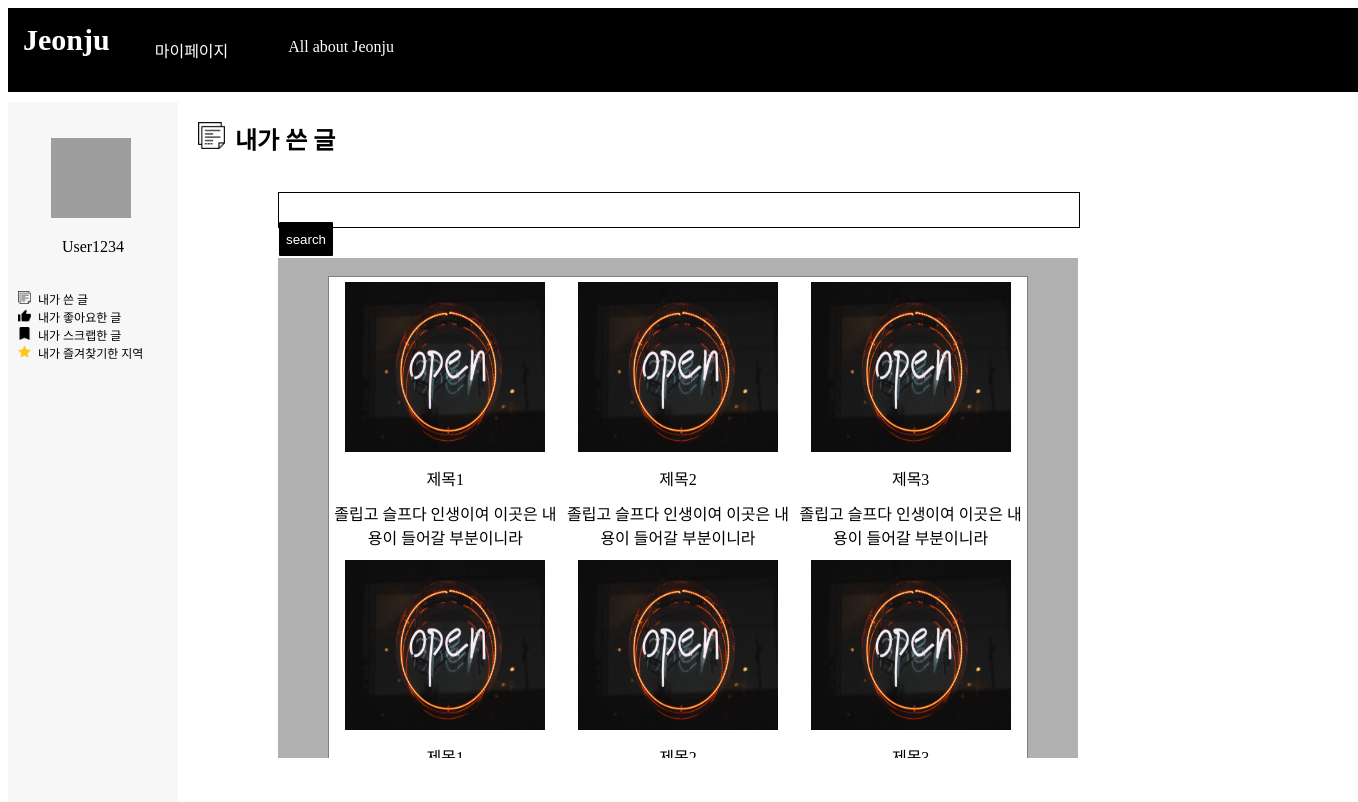
Repository: wka99/WEB-PROJECT
Page: http://localhost/Jeonju/UserPage.html
These files come from the project's save history. The page is drawn as it stood at one moment and after the next save; the edit follows.
The browser window is 1280 px wide. The page is 1358 px wide, so the pictures cover 1358 px, including what lies to the right of the window. The pictures show the whole page.
Pictures or frames that could not be fetched are drawn as grey boxes. An inner scrolling area shows only its first screen. Some web libraries are served in a nearby version. The page is served by Tomcat 9. Other server files are loaded and not shown.

Above is the page before, as saved 2018-12-03 08:15:23.

### Jeonju/WebContent/UserPage.html
<!DOCTYPE html>
<html>
<head>
<meta content="text/html" charset="EUC-KR">
<script src="https://code.jquery.com/jquery-3.2.1.min.js"></script>
<script>
$(document).ready(function(){
    $("#searchbutton").click(function(event){
    	var keyword=$(".searchtext").val();
    	alert(keyword);
    });
})
</script>
<title>전주 mypage</title>
<link rel="stylesheet" type="text/css" href="NewFile.css">
</head>
<body>
<div id="container">
	<ul class="menubar">
		<li class="h"><a class="title" href="##"><b>Jeonju</b></a></li>
		<li class="h"><a class="h" href="UserPage.html">마이페이지</a>
			<ul>
				<li><a href="UserPage.html">내가 쓴 글</a></li>
				<li><a href="UserPage2.html">내가 좋아요한 글</a></li>
				<li><a href="UserPage3.html">내가 스크랩한 글</a></li>
				<li><a href="UserPage4.html">내가 즐겨찾기한 글</a></li>
			</ul>
		</li>
		<li class="h"><a class="h" href="##">All about Jeonju</a></li>
	</ul>
    <nav>
    	<br><br>
    	<img id="userImg" src="user.png" width="80px" height="80px"></img>
    	<br><p align="center">User1234</p><br></a>
	<div class="menu">
    	<img id="usermenuimg" src="paper.png"></img>
    	<a href="UserPage.html"><span>&nbsp;내가 쓴 글</span><br></a>
    	<img id="usermenuimg" src="thumb-up-button.png"></img>
    	<a href="UserPage2.html"><span>&nbsp;내가 좋아요한 글</span><br></a>
    	<img id="usermenuimg" src="bookmark-ribbon.png"></img>
    	<a href="UserPage3.html"><span>&nbsp;내가 스크랩한 글</span><br></a>
    	<img id="usermenuimg" src="star.png"></img>
    	<a href="UserPage4.html"><span>&nbsp;내가 즐겨찾기한 지역</span></a>
	</div>
    </nav>
    <section>
    	<div class="title">
    		<img class="bigMenu" id="내가 쓴 글" src="paper.png" width="27px" height="27px"></img>
    		<b><font size="5">&nbsp;내가 쓴 글</font></b>
    	</div>
    	<br><br>

    	<div class="searchwindow">
    		<input type="text" class="searchtext" value=""/>
    		<button id="searchbutton" type="button" class="search">search</button>
    	</div>

    	<br><br>
    	<div class="myPost">
    	<br>
    	<table id="user-table">
    		<tbody>
    		<tr>
				<td><img src="ds.jpg" width="200px" height="170px"></td>
				<td><img src="ds.jpg" width="200px" height="170px"></td>
				<td><img src="ds.jpg" width="200px" height="170px"></td>
    		</tr>
    		<tr>
    			<td height="10px">제목1</td>
				<td height="10px">제목2</td>
				<td height="10px">제목3</td>
    		</tr>
    		<tr>
    			<td height="50px">졸립고 슬프다 인생이여 이곳은 내용이 들어갈 부분이니라</td>
				<td height="50px">졸립고 슬프다 인생이여 이곳은 내용이 들어갈 부분이니라</td>
				<td height="50px">졸립고 슬프다 인생이여 이곳은 내용이 들어갈 부분이니라</td>
    		</tr>
    		<tr>
				<td><img src="ds.jpg" width="200px" height="170px"></td>
				<td><img src="ds.jpg" width="200px" height="170px"></td>
				<td><img src="ds.jpg" width="200px" height="170px"></td>
    		</tr>
    		<tr>
    			<td height="10px">제목1</td>
				<td height="10px">제목2</td>
				<td height="10px">제목3</td>
    		</tr>
    		<tr>
    			<td height="50px">졸립고 슬프다 인생이여 이곳은 내용이 들어갈 부분이니라</td>
				<td height="50px">졸립고 슬프다 인생이여 이곳은 내용이 들어갈 부분이니라</td>
				<td height="50px">졸립고 슬프다 인생이여 이곳은 내용이 들어갈 부분이니라</td>
    		</tr>
    		</tbody>
    	</table>
    	</div>
    </section>
</div>
</body>
</html>

### Jeonju/WebContent/NewFile.css
	#container{
		width:1350px;
		margin:0px auto;
	}
	header{
		    		width:100%;
                    height:50px;
                    background-color:black;
                    color:white;
                   }
    .menubar{
    	list-style-type:none;
    	margin:0;
    	padding:0;
    	overflow:hidden;
    	background-color:black;
    }
    li.h{
    	float:left;
    	solid #bbb;
    }
    li.h a.h{
    	display:block;
    	color:white;
    	text-align:center;
    	padding:30px;
    	text-decoration:none;
    }
    li.h a.title{
    	display:block;
    	color:white;
    	text-align:center;
    	padding:15px;
    	text-decoration:none;
    	font-size:30px;
    }
    .menubar li ul{
    	opacity:0.8;
		background: rgb(109,109,109);
		display:none; /* 평상시에는 드랍메뉴가 안보이게 하기 */
		height:auto;
		padding:0px;
		margin:0px;
		border:0px;
		position:absolute;
		width:200px;
		z-index:200;
	}
	.menubar li:hover ul{
		display:block; /* 마우스 커서 올리면 드랍메뉴 보이게 하기 */
	}
	.menubar li li {
	background: rgb(109,109,109);
	display:block;
	float:none;
	margin:0px;
	padding:0px;
	width:200px;
	}
	.menubar li:hover li a{
	background:none;
	}
	.menubar li ul a{
	display:block;
    color:white;
    text-align:left;
    text-decoration:none;
    padding:15px;
	}
	.menubar li ul a:hover, .menubar li ul li:hover a{
	background: rgb(71,71,71);
	border:0px;
	color:#ffffff;
	text-decoration:none;
	}
    li.h a.h:hover{background-color:#dfdfdf;}

    .searchwindow {
	display: inline-block;
	width: 800px; height: 34px;
	border: 1px solid black;
	background: white;
	align:center;
	margin-left:100px;
	}
	.searchtext {
		width: 731px; height: 21px;
		margin: 6px 0 0 9px;
		border: 0;
		line-height: 21px;
		font-size: 16px;
		outline: none;
	}
	.search {
		width: 54px; height: 34px;
		margin: 0; border: 0;
		vertical-align: top;
		background: black;
		color: white;
		border-radius: 1px;
		cursor: pointer;
	}
	.search:hover {
		background: #faa93e;
	}

    nav{
            float:left;
            margin-top:10px;
            background-color:#f7f7f7;
            width:170px;
            height:700px;}
    section{
    		float:left;
    	}
    #userImg{margin-left:43px;}
    #usermenuimg{margin-left:10px;width:13px;height:13px;}
	.menu{margin-bottom:5px;}
    nav span{font-size:12px;}
    .menu a{color:black;text-decoration:none;}
    header a{color:white;text-decoration:none;}
    .bigMenu{margin-left:20px; margin-top:30px;}
    .myPost{width:800px; height:500px; margin-left:100px; overflow:auto; background-color:#b0b0b0;}
    #user-table{margin:0 auto;text-align:center;border-collapse:collapse;width:700px;
                border:1px solid gray; background-color:white;}
    #user-table td{padding:5px;}

After the next save:
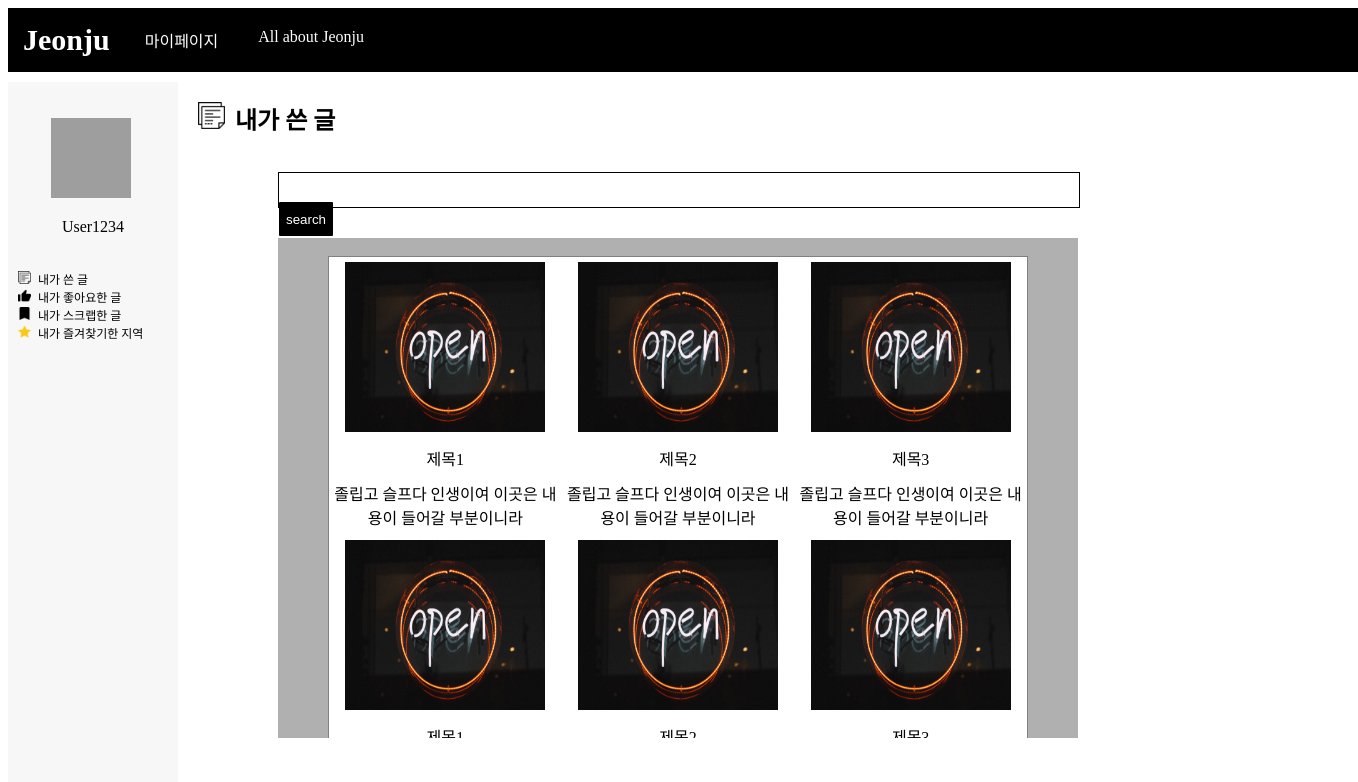
Saved 38 s later.
--- a/Jeonju/WebContent/NewFile.css
+++ b/Jeonju/WebContent/NewFile.css
@@ -23,7 +23,7 @@
     	display:block;
     	color:white;
     	text-align:center;
-    	padding:30px;
+    	padding:20px;
     	text-decoration:none;
     }
     li.h a.title{
